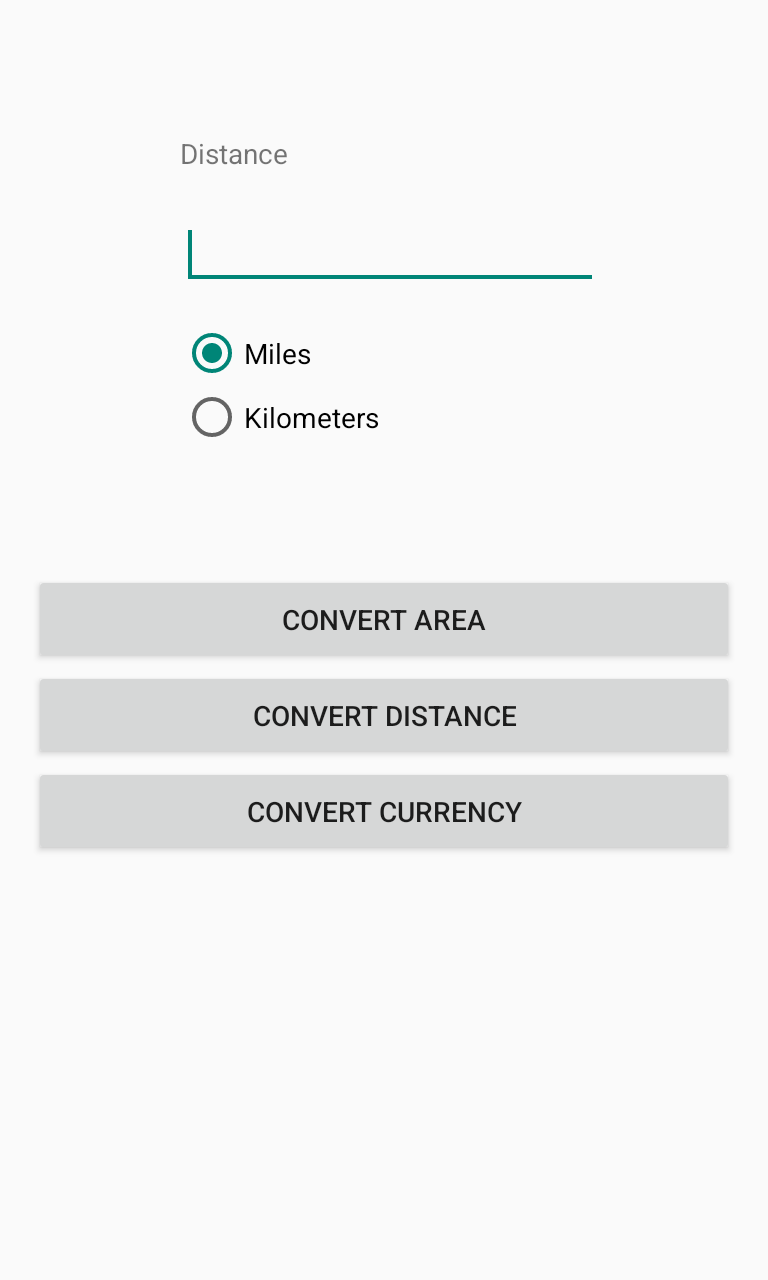
Repository: awayzo/6300Fall14Assignment4
Layout: UnitConvertor/res/layout/activity_main.xml
These files come from the project's save history. The layout is drawn as it stood at one moment and after the next save; the edit follows.
It is drawn on a 768 x 1280 px phone screen (xhdpi) without system bars, with theme AppTheme; the app's code is not run.

Above is the layout before, as saved 2014-09-26 19:32:48.

After the next save:
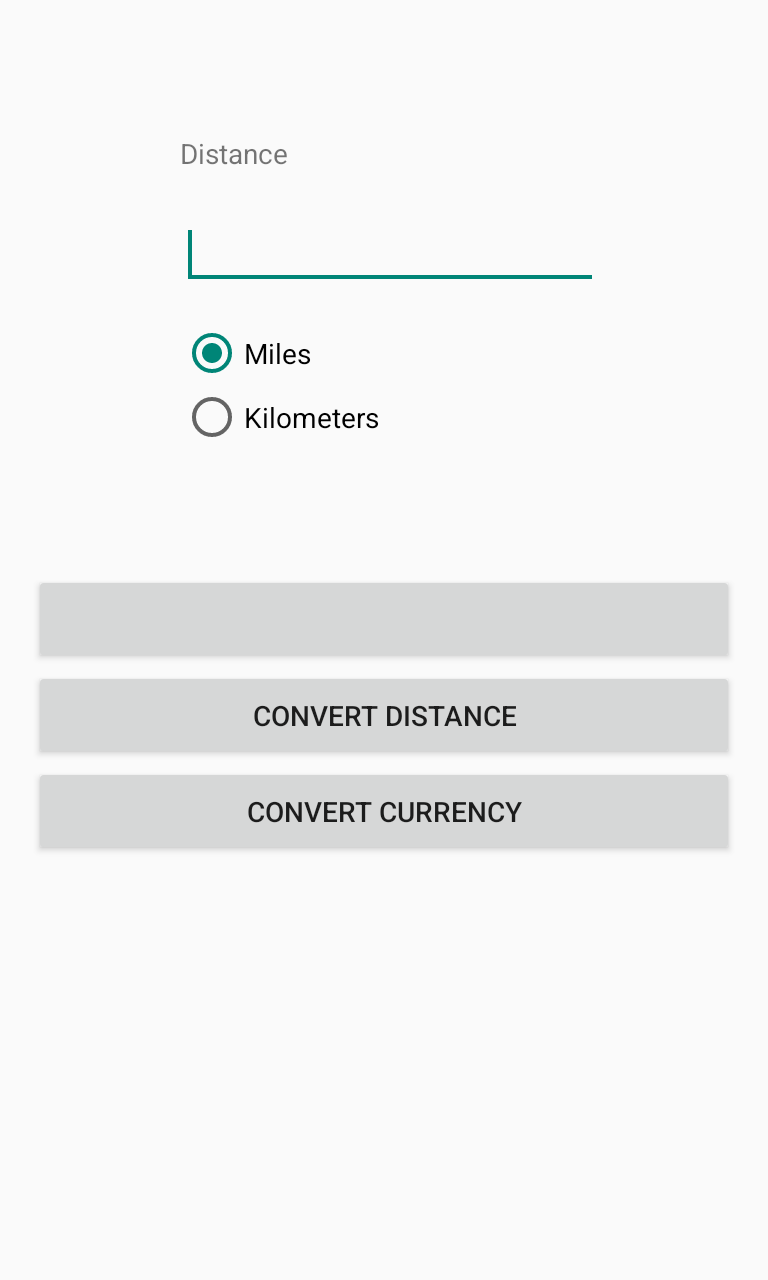
Saved 6 min 31 s later.
--- a/UnitConvertor/res/layout/activity_main.xml
+++ b/UnitConvertor/res/layout/activity_main.xml
@@ -62,8 +62,7 @@
         android:layout_height="wrap_content"
         android:layout_below="@+id/btnDistance"
         android:layout_centerHorizontal="true"
-        android:text="Convert Currency"
-        android:onClick="goToCurrency" />
+        android:text="Convert Currency" />
 
     <Button
         android:id="@+id/btnArea"
@@ -72,8 +71,7 @@
         android:layout_alignLeft="@+id/btnDistance"
         android:layout_below="@+id/radioGroup1"
         android:layout_marginTop="61dp"
-        android:onClick="goToActivity"
-        android:text="Convert Area" />
+        android:onClick="goToActivity" />
 
     <Button
         android:id="@+id/btnDistance"
@@ -81,7 +79,6 @@
         android:layout_height="wrap_content"
         android:layout_alignLeft="@+id/btnCurrency"
         android:layout_below="@+id/btnArea"
-        android:text="Convert Distance"
-        android:onClick="goToDistance"/>
+        android:text="Convert Distance" />
 
 </RelativeLayout>

After the save that followed:
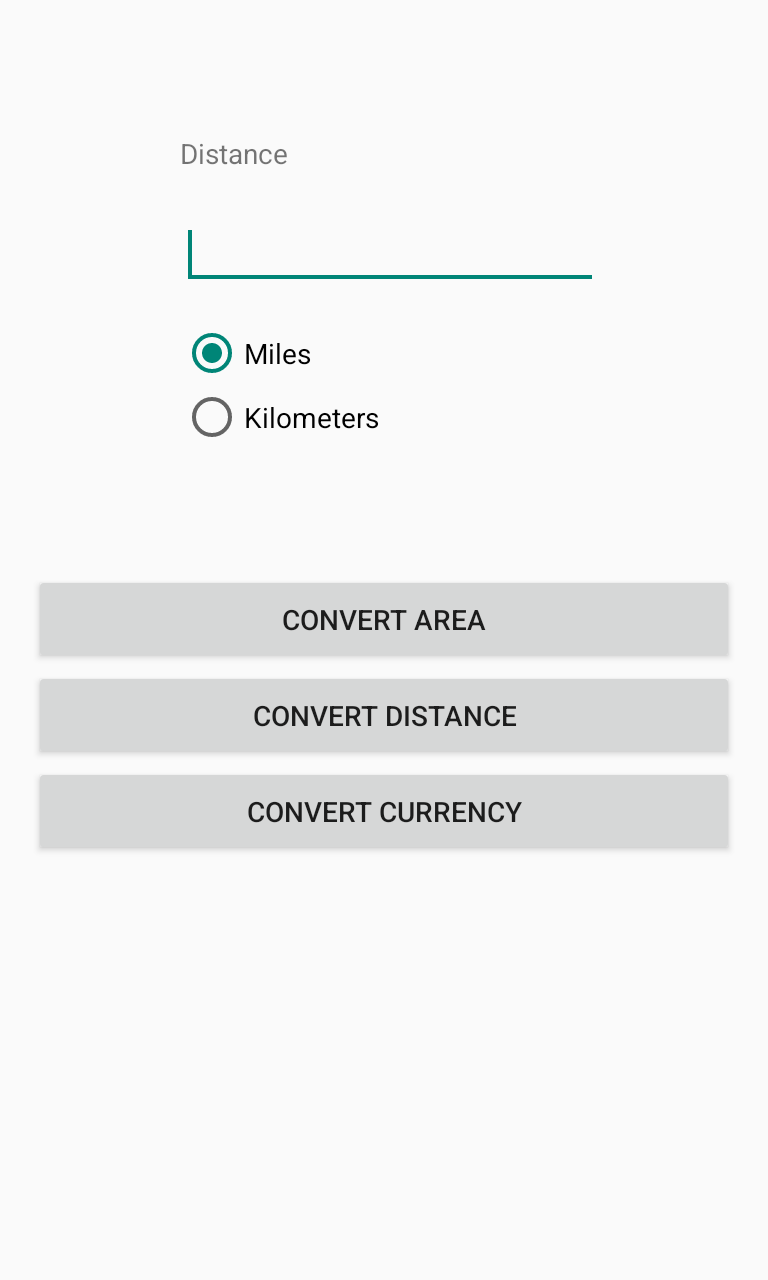
Saved 5 min 26 s later.
--- a/UnitConvertor/res/layout/activity_main.xml
+++ b/UnitConvertor/res/layout/activity_main.xml
@@ -71,6 +71,7 @@
         android:layout_alignLeft="@+id/btnDistance"
         android:layout_below="@+id/radioGroup1"
         android:layout_marginTop="61dp"
+        android:text="Convert Area"
         android:onClick="goToActivity" />
 
     <Button
